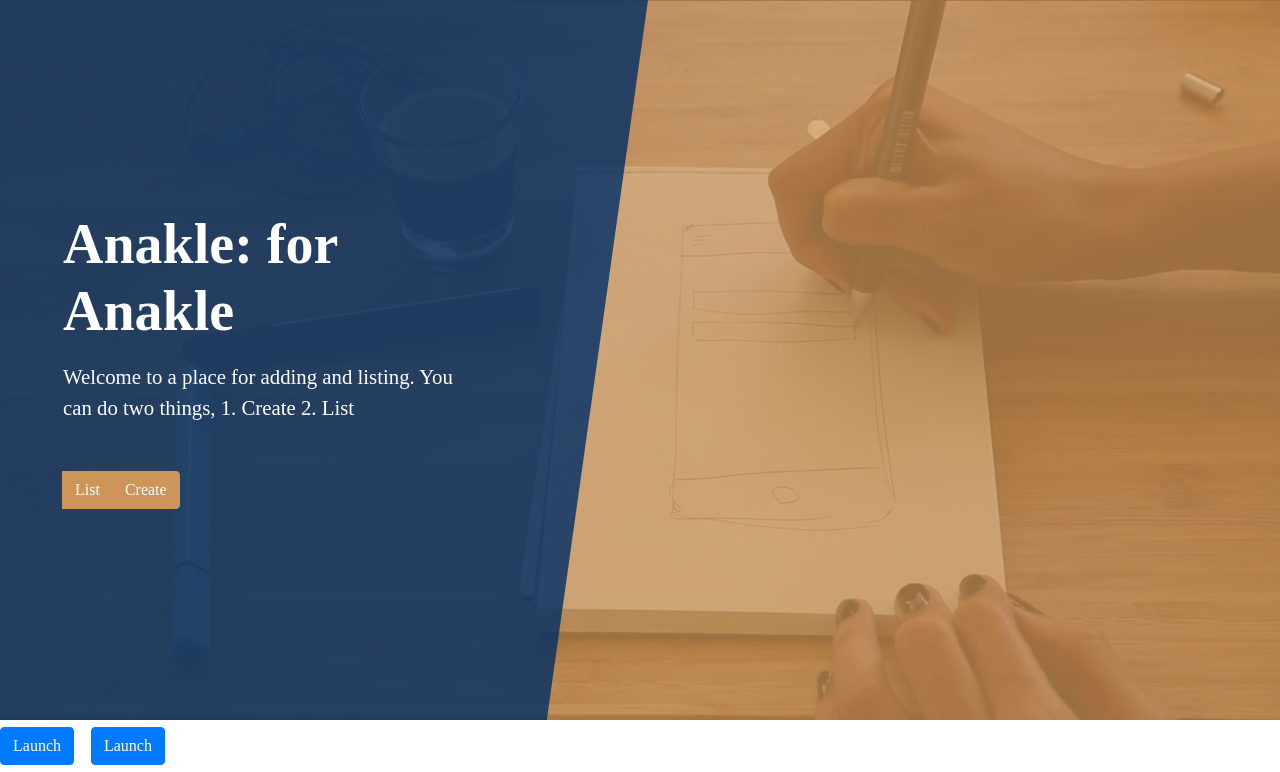
Repository: Guruscode/mega-list
Page: http://localhost/
An editor plug-in stored every save of this project. The page is shown before and after the next save, followed by the edit.
The browser window is 1280 px wide. The pictures show the whole page.
Some web fonts or font styles are not loaded; a fallback is used. The page is run by PHP 8.4 with error messages shown; the project is at /var/www/html/.

Above is the page before, as saved 2018-02-22 16:39:59.
Console error: TypeError: Cannot read properties of undefined (reading 'fn')

### index.php
<!DOCTYPE html>
<html lang="en">
<head>
    <meta charset="UTF-8">
    <meta name="viewport" content="width=device-width, initial-scale=1.0">
    <meta http-equiv="X-UA-Compatible" content="ie=edge">

    <link rel="stylesheet" href="css/bootstrap.min.css">
    <link href="css/welcome.min.css" rel="stylesheet">
    <link href="https://fonts.googleapis.com/css?family=Source+Sans+Pro:200,200i,300,300i,400,400i,600,600i,700,700i,900,900i" rel="stylesheet">
    <link href="https://fonts.googleapis.com/css?family=Merriweather:300,300i,400,400i,700,700i,900,900i" rel="stylesheet">
    <link href="vendor/font-awesome/css/font-awesome.min.css" rel="stylesheet">
    <title>Anakle: For Anakle</title>
</head>
<body>

        <div class="overlay"></div>

        <div class="masthead">
        <div class="masthead-bg"></div>
        <div class="container h-100">
            <div class="row h-100">
            <div class="col-12 my-auto">
                <div class="masthead-content text-white py-5 py-md-0">
                <h1 class="mb-3">Anakle: for Anakle</h1>
                <p class="mb-5">Welcome to a place for adding and listing. You can do two things, 1. Create 2. List</p>
                <div class="input-group input-group-newsletter">

                    <div class="input-group-append">
                        <a href="list.php" class="btn btn-secondary pull-left">List</a>
                        <a onclick="checklogin()"  class="btn btn-secondary pull-right">Create</a>
                    </div>
                </div>
                </div>
            </div>
            </div>
        </div>
        </div>

<!-- login modal starts-->


<!-- Button trigger modal -->
<button type="button" class="btn btn-primary" id="register_modal" data-toggle="modal" data-target="#exampleModalCenter">
  Launch
</button>

<!-- Modal -->
<div class="modal fade" id="exampleModalCenter" tabindex="-1" role="dialog" aria-labelledby="exampleModalCenterTitle" aria-hidden="true">
  <div class="modal-dialog modal-dialog-centered" role="document">
    <div class="modal-content">
      <div class="modal-header">
        <h5 class="modal-title" id="exampleModalLongTitle">Login</h5>
        <button type="button" class="close" data-dismiss="modal" aria-label="Close">
          <span aria-hidden="true">&times;</span>
        </button>
      </div>
      <div class="modal-body">

            <div class="col-md-6">Email</div><div class="col-md-6"><input type="text" name="email" class="form-control" /></div>
            <div class="col-md-6">Password</div><div class="col-md-6"><input type="text" name="password"  class="form-control"/></div>

      </div>
      <div class="modal-footer">
        <button type="button" class="btn btn-danger" data-dismiss="modal" id="lf_close">Close</button>
        <button onclick="login()" type="button" class="btn btn-success">Continue</button>
        <a class="btn btn-default" onclick="switchForm('lf')">No Account? Register</button>
      </div>
    </div>
  </div>
</div>

<!-- Login Register Modal Ends -->


<!-- register modal starts-->


<!-- Button trigger modal -->
<button type="button" class="btn btn-primary" id="register_modal" data-toggle="modal" data-target="#exampleModalCenter">
  Launch
</button>

<!-- Modal -->
<div class="modal fade" id="registerModalCenter" tabindex="-1" role="dialog" aria-labelledby="registerModalCenterTitle" aria-hidden="true">
  <div class="modal-dialog modal-dialog-centered" role="document">
    <div class="modal-content">
      <div class="modal-header">
        <h5 class="modal-title" id="registerModalLongTitle">Register</h5>
        <button type="button" class="close" data-dismiss="modal" aria-label="Close">
          <span aria-hidden="true">&times;</span>
        </button>
      </div>
      <div class="modal-body">

            <div class="col-md-6">Name</div><div class="col-md-6"><input type="text" name="name" class="form-control" /></div>
            <div class="col-md-6">Email</div><div class="col-md-6"><input type="text" name="email"  class="form-control"/></div>
            <div class="col-md-6">Password</div><div class="col-md-6"><input type="text" name="password" class="form-control" /></div>

      </div>
      <div class="modal-footer">
        <button type="button" class="btn btn-danger" data-dismiss="modal" id="rf_close">Close</button>
        <button onclick="login()" type="button" class="btn btn-primary">login</button>
        <a  class="btn btn-default" onclick="switchForm('rf')">Have Account? Login</button>
      </div>
    </div>
  </div>
</div>

<!-- Register Modal Ends -->

<script src="js/bootstrap.min.js"></script>
<script src="js/jquery-3.3.1.min.js"></script>
<script src="js/bootstrap.bundle.min.js"></script>
<script src="js/jquery.vide.min.js"></script>
<script src="js/welcome.min.js"></script>

<script>

    function checklogin(){

        $.ajax('checkuserlogin.php', {
            data: {
                id: null
            }
        })
        .then(
            function success(response) {
                if(response == 'yes'){
                    console.log('display add form');
                    $('#add_modal').click();
                }else{
                    console.log('display login form');
                    $('#register_modal').click();
                }

                console.log(response);
            },

            function fail(data, status) {
                alert(status);
            }
        );

    }

    function login(){



    }

    function switchForm(n){

        if(n == 'rf'){

            // open login form
            //close register form
            $('#rf_close').click();
            $('#login_modal').click();

        }else{
            //open register form
            //close login form
            $('#lf_close').click();
            $('#register_modal').click();
        }

    }

</script>

</body>
</html>

Loaded but not shown: css/bootstrap.min.css (library); css/welcome.min.css (common file); js/bootstrap.min.js (library); js/jquery-3.3.1.min.js (library); js/bootstrap.bundle.min.js (library); js/jquery.vide.min.js (library); js/welcome.min.js (common file)

After the next save:
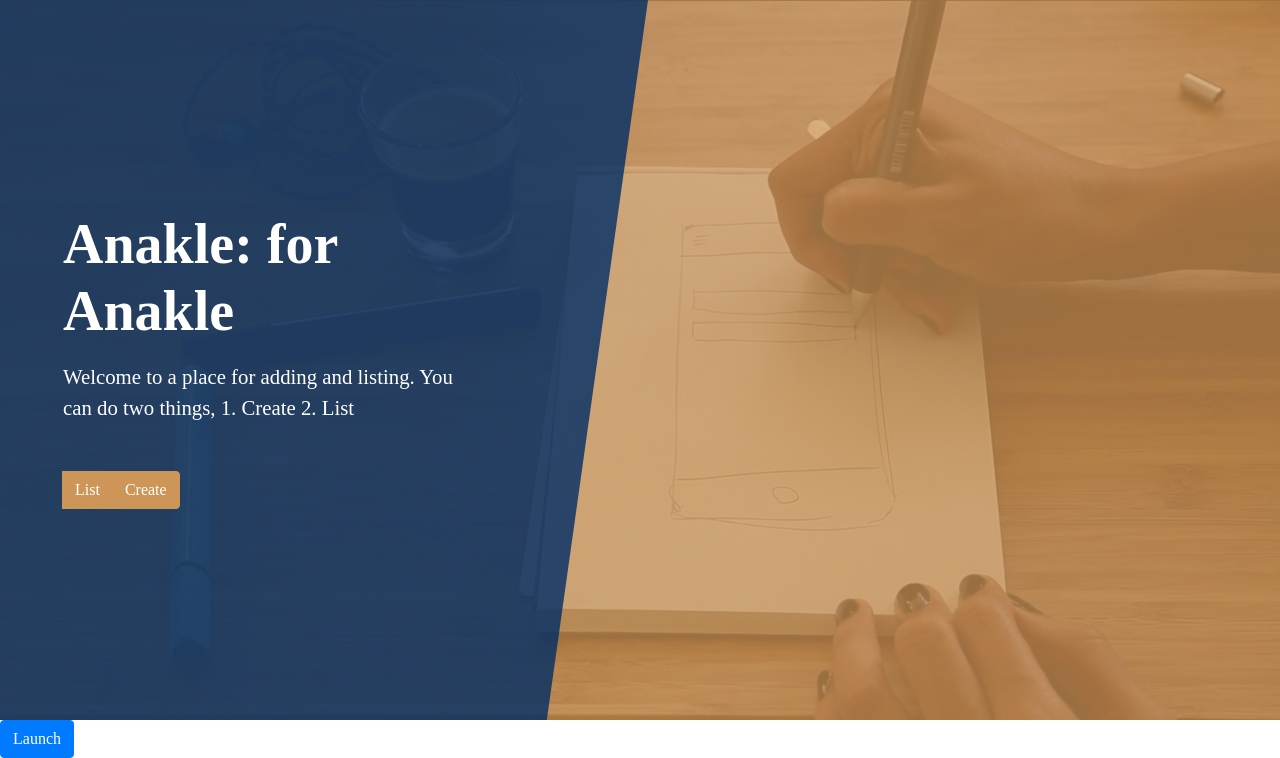
Saved 9 s later.
--- a/index.php
+++ b/index.php
@@ -77,12 +77,12 @@
 
 
 <!-- Button trigger modal -->
-<button type="button" class="btn btn-primary" id="register_modal" data-toggle="modal" data-target="#exampleModalCenter">
+<!-- <button type="button" class="btn btn-primary" id="register_modal" data-toggle="modal" data-target="#exampleModalCenter">
   Launch
-</button>
+</button> -->
 
 <!-- Modal -->
-<div class="modal fade" id="registerModalCenter" tabindex="-1" role="dialog" aria-labelledby="registerModalCenterTitle" aria-hidden="true">
+<!-- <div class="modal fade" id="registerModalCenter" tabindex="-1" role="dialog" aria-labelledby="registerModalCenterTitle" aria-hidden="true">
   <div class="modal-dialog modal-dialog-centered" role="document">
     <div class="modal-content">
       <div class="modal-header">
@@ -105,7 +105,7 @@
       </div>
     </div>
   </div>
-</div>
+</div> -->
 
 <!-- Register Modal Ends -->
 

After the save that followed:
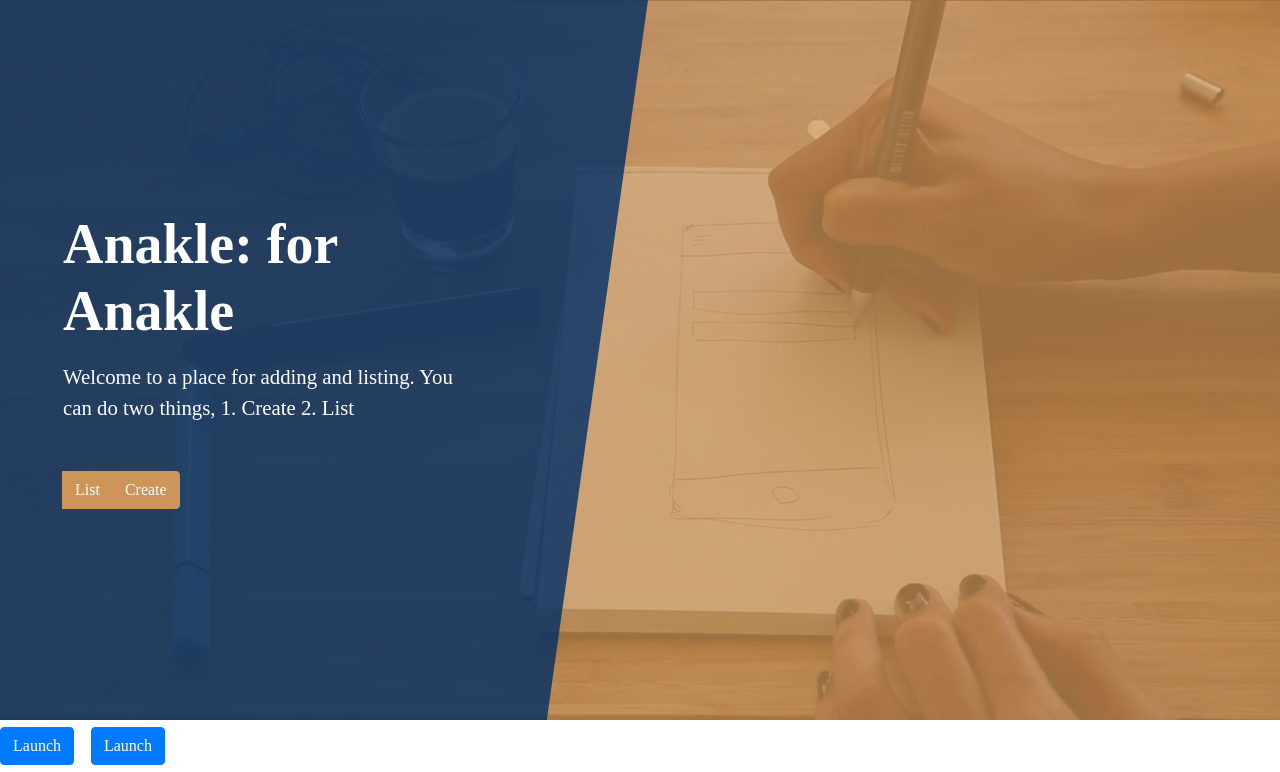
Saved 14 s later.
--- a/index.php
+++ b/index.php
@@ -77,9 +77,9 @@
 
 
 <!-- Button trigger modal -->
-<!-- <button type="button" class="btn btn-primary" id="register_modal" data-toggle="modal" data-target="#exampleModalCenter">
+<button type="button" class="btn btn-primary" id="register_modal" data-toggle="modal" data-target="#exampleModalCenter">
   Launch
-</button> -->
+</button>
 
 <!-- Modal -->
 <!-- <div class="modal fade" id="registerModalCenter" tabindex="-1" role="dialog" aria-labelledby="registerModalCenterTitle" aria-hidden="true">
